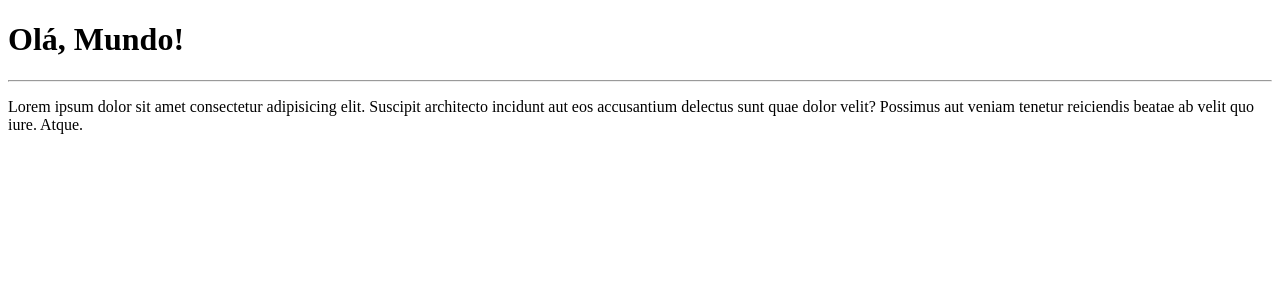
Repository: AnthonyLuanSantos/Anthony-Luan
Page: site-exemplo/index.html
An editor plug-in stored every save of this project. The page is shown before and after a run of saves, followed by the edit.
The browser window is 1280 px wide. The pictures show the whole page.

Above is the page before, as saved 2024-08-12 16:31:51.

After the next 2 saves:
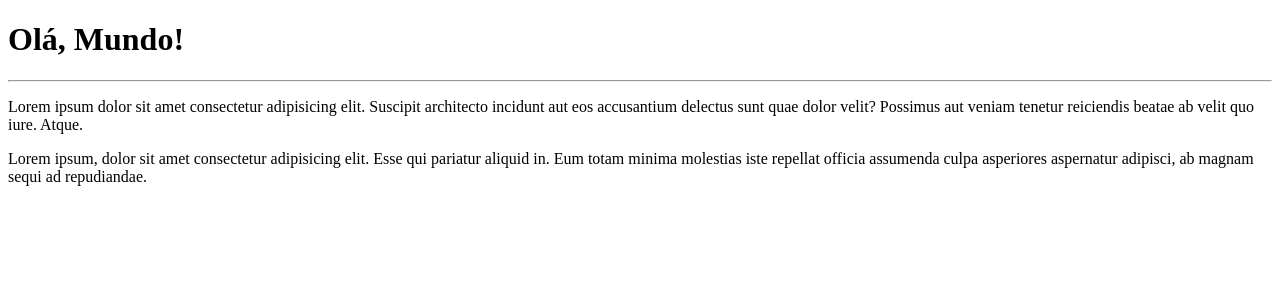
The 2 saves are shown as one change because they came seconds apart.
The last was saved 12 s later.
--- a/site-exemplo/index.html
+++ b/site-exemplo/index.html
@@ -12,7 +12,7 @@
     <hr>
     <p>Lorem ipsum dolor sit amet consectetur adipisicing elit. Suscipit architecto incidunt aut eos accusantium
         delectus sunt quae dolor velit? Possimus aut veniam tenetur reiciendis beatae ab velit quo iure. Atque.</p>
-        <p></p>
+        <p>Lorem ipsum, dolor sit amet consectetur adipisicing elit. Esse qui pariatur aliquid in. Eum totam minima molestias iste repellat officia assumenda culpa asperiores aspernatur adipisci, ab magnam sequi ad repudiandae.</p>
 </body>
 
 </html>
